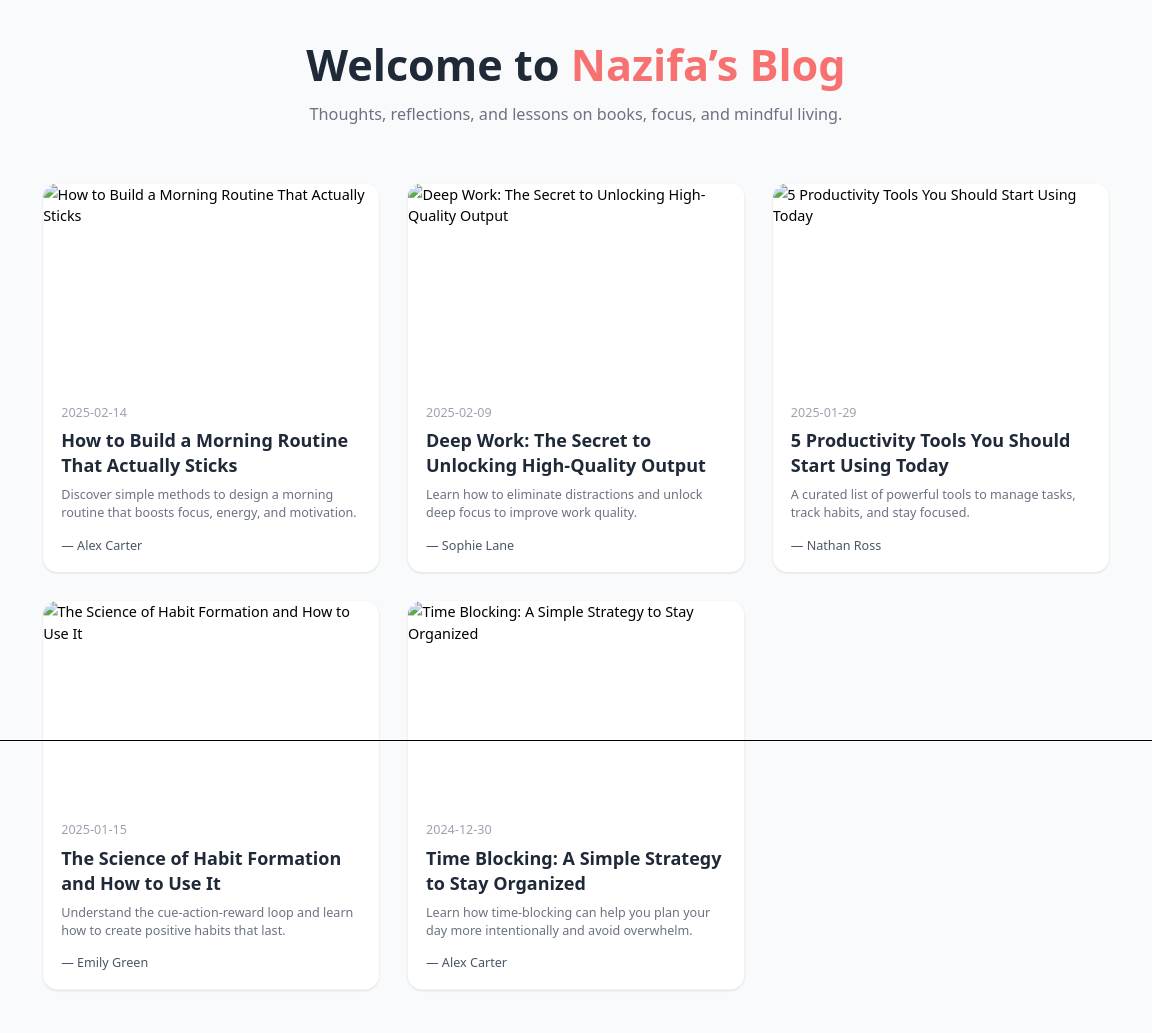
Repository: nazifat/portevalobashi
Page: /
These files come from the project's save history. The page is drawn as it stood at one moment and after the next save; the edit follows.
The browser window is 1280 px wide. The pictures show the part of the page from y = 872 to 2020 px (the page is 2020 px tall), at 90% of full size.
The project was rebuilt for these pictures with package versions that can differ from the ones it lists, and the page was loaded fresh each time. Also part of the build but not shown: vite.config.js, src/Pages/ErrorPage/ErrorPage.jsx, src/Pages/Login/Login.jsx, src/Pages/Registration/Registration.jsx, src/Pages/Courses/Courses.jsx.

Above is the page before, as saved 2025-11-08 19:57:46.

### index.html
<!doctype html>
<html lang="en">
  <head>
    <meta charset="UTF-8" />
    <link rel="icon" type="image/svg+xml" href="https://i.ibb.co.com/RJhrnPz/learning.png" />
    <meta name="viewport" content="width=device-width, initial-scale=1.0" />
    <title>course-selling-client</title>
  </head>
  <body>
    <div id="root"></div>
    <script type="module" src="/src/main.jsx"></script>
  </body>
</html>

### src/main.jsx
import { StrictMode } from 'react'
import { createRoot } from 'react-dom/client'
import './index.css'
import {
  RouterProvider,
} from "react-router-dom";
import { router } from './Providers/RouterProvider';


createRoot(document.getElementById('root')).render(
  <StrictMode>
    <RouterProvider router={router} />
  </StrictMode>,
)

### src/index.css
@tailwind base;
@tailwind components;
@tailwind utilities;

/* Default bullet color */
.swiper-pagination-bullet {
  border-radius: 4px !important;
  width: 25px !important;
  height: 9px !important;
  background-color: white !important;
}

/* Active bullet color */
.swiper-pagination-bullet-active {
  background-color: palevioletred !important; /* Tailwind 'blue-600' */
  opacity: 1;
}

### src/Providers/RouterProvider.jsx
import {
    createBrowserRouter,
} from "react-router-dom";
import Root from "../Root/Root";
import Home from "../Pages/Home/Home";
import ErrorPage from "../Pages/ErrorPage/ErrorPage";
import Login from "../Pages/Login/Login";
import Registration from "../Pages/Registration/Registration";
import Courses from "../Pages/Courses/Courses";


export const router = createBrowserRouter([
    {
        path: "/",
        element: <Root></Root>,
        errorElement: <ErrorPage></ErrorPage>,
        children: [
            {
                path: "/",
                element: <Home></Home>
            },
            {
                path: "/login",
                element: <Login></Login>

            },
            {
                path: "/registration",
                element: <Registration></Registration>

            },
            {
                path: "/courses",
                element: <Courses></Courses>
            }

        ]
    },
]);

### src/Root/Root.jsx
import React from 'react';
import Navbar from '../Components/Shared/Navbar/Navbar';
import Footer from '../Components/Shared/Footer/Footer';
import { Outlet } from 'react-router-dom';

const Root = () => {
    return (
        <div>
            <Navbar></Navbar>
            <Outlet></Outlet>
            <Footer></Footer>
        </div>
    );
};

export default Root;

### src/Pages/Home/Home.jsx
import React from 'react';
import Banner from './Banner/Banner';
import HomeBlog from './HomeBlog/HomeBlog';

const Home = () => {
    return (
        <div>
            <Banner></Banner>
            <HomeBlog></HomeBlog>

        </div>
    );
};

export default Home;

### src/Components/Shared/Navbar/Navbar.jsx
import React from 'react';
import { Link, NavLink } from 'react-router-dom';
import './Navbar.css'

const Navbar = () => {
    const navlinks = <>
        <li>
            <NavLink to="/">Home</NavLink>
        </li>
        <li>
            <NavLink to="/courses">Courses</NavLink>
        </li>
        <li>
            <NavLink to="/login">Login</NavLink>
        </li>
        <li>
            <NavLink to="/registration">Registration</NavLink>
        </li>


    </>
    return (
        <div className="navbar bg-base-100 custom-navbar">
            <div className="navbar-start ">
                <div className="dropdown">
                    <div tabIndex={0} role="button" className="btn btn-ghost lg:hidden">
                        <svg
                            xmlns="http://www.w3.org/2000/svg"
                            className="h-5 w-5"
                            fill="none"
                            viewBox="0 0 24 24"
                            stroke="currentColor">
                            <path
                                strokeLinecap="round"
                                strokeLinejoin="round"
                                strokeWidth="2"
                                d="M4 6h16M4 12h8m-8 6h16" />
                        </svg>
                    </div>
                    <ul
                        tabIndex={0}
                        className="menu menu-sm dropdown-content bg-base-100 rounded-box z-[1] mt-3 w-52 p-2 shadow">
                        {navlinks}
                    </ul>
                </div>
                <a className="btn btn-ghost text-xl">SkillMate</a>
            </div>
            <div className="navbar-center hidden lg:flex">
                <ul className="menu menu-horizontal px-1">
                    {navlinks}
                </ul>
            </div>
            <div className="navbar-end">
                <Link to="/login" className="btn">Login</Link>
            </div>
        </div>
    );
};

export default Navbar;

### src/Pages/Home/Banner/Banner.jsx
import React, { useRef, useState } from 'react';
// Import Swiper React components
import { Swiper, SwiperSlide } from 'swiper/react';

// Import Swiper styles
import 'swiper/css';
import 'swiper/css/pagination';
import slider from '/public/slider.json';

console.log(slider)



// import required modules
import { Pagination, Autoplay, EffectFade } from 'swiper/modules';

const Banner = () => {
    return (
        <div>
            <Swiper
                pagination={{ clickable: true }}
                modules={[Pagination, Autoplay, EffectFade]}
                autoplay={{
                    delay: 2000, // time between slides (in ms)
                    disableOnInteraction: false, // keeps autoplay even after user interaction
                }}
                // effect='fade'

                className="mySwiper">
                {slider.map(slide => (
                    <SwiperSlide key={slide.id}>
                        <div
                            className="hero min-h-[600px]"
                            style={{ backgroundImage: `url(${slide.image})` }}
                        >
                            <div className="hero-overlay bg-opacity-60"></div>
                            <div className="text-center text-neutral-content">
                                <div className="max-w-md">
                                    <h1 className="mb-5 text-5xl font-bold">{slide.heading}</h1>
                                    <p className="mb-5">{slide.subtext}</p>
                                    <button className="btn">Get Started</button>
                                </div>
                            </div>
                        </div>
                    </SwiperSlide>
                ))}
            </Swiper>

        </div>
    );
};

export default Banner;

### src/Pages/Home/HomeBlog/HomeBlog.jsx
import blog from '/public/data.json'
import { motion } from "framer-motion";

const HomeBlog = () => {
    return (
        <div>
            <div className="min-h-screen bg-gray-50 px-4 md:px-12 py-12">
                {/* Hero Section */}
                <div className="text-center mb-16">
                    <h1 className="text-4xl md:text-5xl font-bold text-gray-800 mb-4">
                        Welcome to <span className="text-red-400">Nazifa’s Blog</span>
                    </h1>
                    <p className="text-gray-500 text-lg max-w-2xl mx-auto">
                        Thoughts, reflections, and lessons on books, focus, and mindful living.
                    </p>
                </div>

                {/* Blog Grid */}
                <div className="grid gap-8 md:grid-cols-2 lg:grid-cols-3">
                    {blog.map((post) => (
                        <motion.div
                            key={post.id}
                            whileHover={{ scale: 1.03 }}
                            transition={{ type: "spring", stiffness: 200 }}
                            className="bg-white rounded-2xl overflow-hidden shadow hover:shadow-lg transition-shadow"
                        >
                            <img
                                src={post.image}
                                alt={post.title}
                                className="w-full h-56 object-cover"
                            />
                            <div className="p-5">
                                <p className="text-sm text-gray-400">{post.date}</p>
                                <h2 className="text-xl font-semibold text-gray-800 mt-2 hover:text-blue-600 cursor-pointer">
                                    {post.title}
                                </h2>
                                <p className="text-gray-500 text-sm mt-2">{post.description}</p>
                                <div className="mt-4 text-sm text-gray-600">
                                    — {post.author}
                                </div>
                            </div>
                        </motion.div>
                    ))}
                </div>
            </div>
        </div>
    );
};

export default HomeBlog;

### src/Components/Shared/Navbar/Navbar.css
.custom-navbar ul li .active {
  /* text-decoration: underline; */
  color: brown;
  background-color: pink;
}

### public/slider.json
[
  {
    "id": 1,
    "image": "https://images.pexels.com/photos/10986252/pexels-photo-10986252.jpeg",
    "heading": "Master Your Focus",
    "subtext": "Learn science-backed strategies to stay distraction-free and get more done."
  },
  {
    "id": 2,
    "image": "https://png.pngtree.com/thumb_back/fw800/background/20220621/pngtree-on-a-wooden-table-vintage-books-a-cup-of-coffee-preserved-flowers-and-burning-candles-photo-image_47213080.jpg",
    "heading": "Build Strong Habits",
    "subtext": "Turn small daily actions into long-term progress and life transformation."
  },
  {
    "id": 3,
    "image": "https://img.freepik.com/free-photo/flat-lay-bookmark-books-assortment_23-2149894329.jpg?semt=ais_hybrid&w=740&q=80",
    "heading": "Control Your Time",
    "subtext": "Use simple time management frameworks to structure your day with intention."
  },
    {
    "id": 4,
    "image": "https://img.freepik.com/free-photo/high-angle-book-arrangement-wooden-table_23-2148328291.jpg?semt=ais_hybrid&w=740&q=80",
    "heading": "Tools That Enhance Productivity",
    "subtext": "Discover the best apps and systems to streamline your workflow."
  },
  {
    "id": 5,
    "image": "https://media.istockphoto.com/id/859591378/photo/coffee-and-book.jpg?s=612x612&w=0&k=20&c=ovISonm_ZpwA3CgDuty2LGewEDDjcuc8yiFnuRBp8hQ=",
    "heading": "Deep Work Mindset",
    "subtext": "Unlock deep focus and produce high-quality work consistently."
  }
]

### public/data.json
[
  {
    "title": "How to Build a Morning Routine That Actually Sticks",
    "slug": "build-a-morning-routine",
    "tags": ["productivity", "morning routine", "habits"],
    "featured_image": "https://example.com/images/morning-routine.jpg",
    "date": "2025-02-14",
    "author": "Alex Carter",
    "read_time": "6 min",
    "description": "Discover simple methods to design a morning routine that boosts focus, energy, and motivation.",
    "content_outline": [
      "Why a morning routine matters",
      "How to choose meaningful habits",
      "Start small and scale slowly",
      "Track progress without burnout"
    ]
  },
  {
    "title": "Deep Work: The Secret to Unlocking High-Quality Output",
    "slug": "deep-work-focus",
    "tags": ["focus", "mindset", "deep work"],
    "featured_image": "https://example.com/images/deep-work.jpg",
    "date": "2025-02-09",
    "author": "Sophie Lane",
    "read_time": "8 min",
    "description": "Learn how to eliminate distractions and unlock deep focus to improve work quality.",
    "content_outline": [
      "What deep work means",
      "Understanding attention residue",
      "Removing digital distractions",
      "Creating blocks of uninterrupted work"
    ]
  },
  {
    "title": "5 Productivity Tools You Should Start Using Today",
    "slug": "top-productivity-tools",
    "tags": ["productivity tools", "apps", "workflow"],
    "featured_image": "https://example.com/images/tools.jpg",
    "date": "2025-01-29",
    "author": "Nathan Ross",
    "read_time": "5 min",
    "description": "A curated list of powerful tools to manage tasks, track habits, and stay focused.",
    "content_outline": [
      "Task management apps",
      "Time tracking tools",
      "Focus enhancement tools",
      "Automation tools"
    ]
  },
  {
    "title": "The Science of Habit Formation and How to Use It",
    "slug": "science-of-habits",
    "tags": ["habits", "self-improvement", "psychology"],
    "featured_image": "https://example.com/images/habits.jpg",
    "date": "2025-01-15",
    "author": "Emily Green",
    "read_time": "7 min",
    "description": "Understand the cue-action-reward loop and learn how to create positive habits that last.",
    "content_outline": [
      "How habits are formed",
      "Breaking bad habit loops",
      "Stacking new habits",
      "Reward-based reinforcement"
    ]
  },
  {
    "title": "Time Blocking: A Simple Strategy to Stay Organized",
    "slug": "time-blocking-method",
    "tags": ["time management", "organization", "planning"],
    "featured_image": "https://example.com/images/time-blocking.jpg",
    "date": "2024-12-30",
    "author": "Alex Carter",
    "read_time": "6 min",
    "description": "Learn how time-blocking can help you plan your day more intentionally and avoid overwhelm.",
    "content_outline": [
      "What is time-blocking?",
      "How to set up your day",
      "Balancing work and rest",
      "Common mistakes to avoid"
    ]
  }
]

### tailwind.config.js
/** @type {import('tailwindcss').Config} */
export default {
  content: [
    "./index.html",
    "./src/**/*.{js,ts,jsx,tsx}",
  ],


  theme: {
    extend: {},
  },
  plugins: [
    require('daisyui'),

  ],
}

Loaded but not shown: src/Components/Shared/Footer/Footer.jsx (common file)

After the next save:
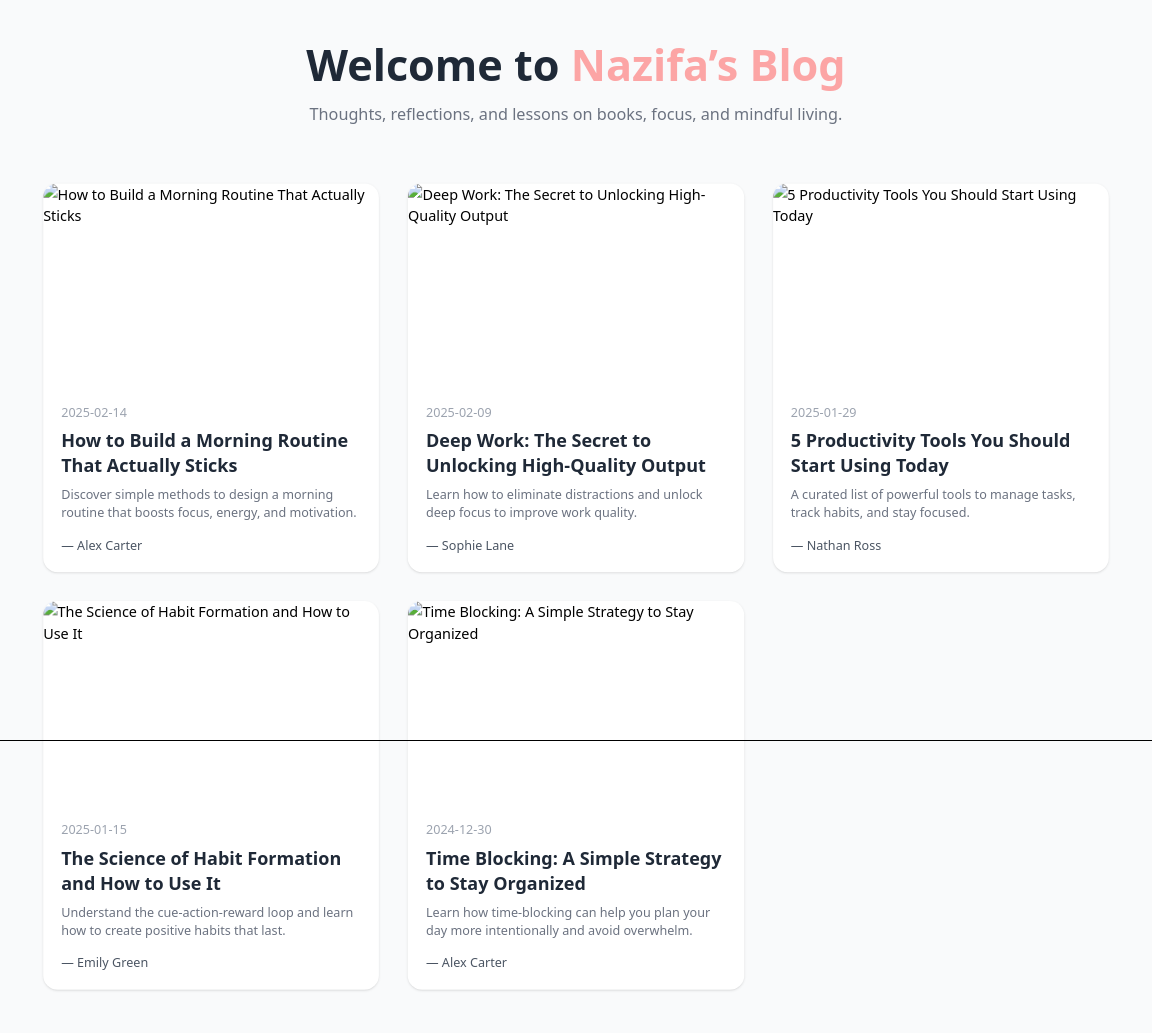
Saved 8 s later.
--- a/src/Pages/Home/HomeBlog/HomeBlog.jsx
+++ b/src/Pages/Home/HomeBlog/HomeBlog.jsx
@@ -8,7 +8,7 @@ const HomeBlog = () => {
                 {/* Hero Section */}
                 <div className="text-center mb-16">
                     <h1 className="text-4xl md:text-5xl font-bold text-gray-800 mb-4">
-                        Welcome to <span className="text-red-400">Nazifa’s Blog</span>
+                        Welcome to <span className="text-red-300">Nazifa’s Blog</span>
                     </h1>
                     <p className="text-gray-500 text-lg max-w-2xl mx-auto">
                         Thoughts, reflections, and lessons on books, focus, and mindful living.
